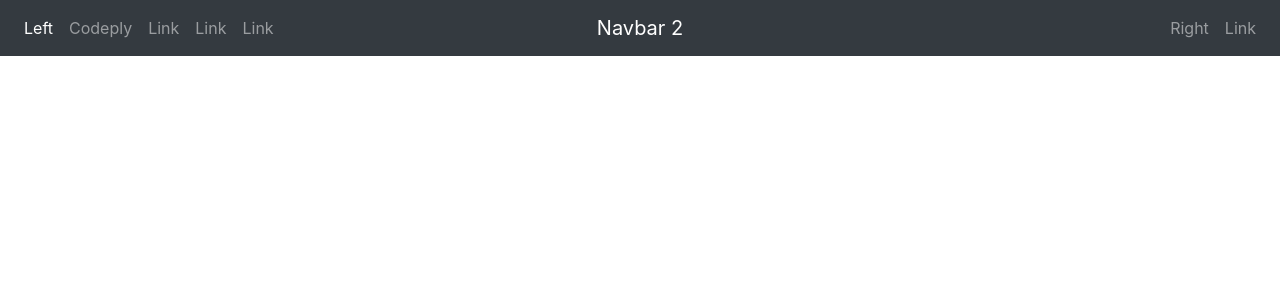
Repository: AviMKabir/justn_2020
Page: index.html
The author's editor kept a copy of each file at every save. The page is drawn from the files as they stood at one save, then again after a run of saves.
The browser window is 1280 px wide. The pictures show the whole page.

Above is the page before, as saved 2020-11-17 00:45:17.

After the next 2 saves:
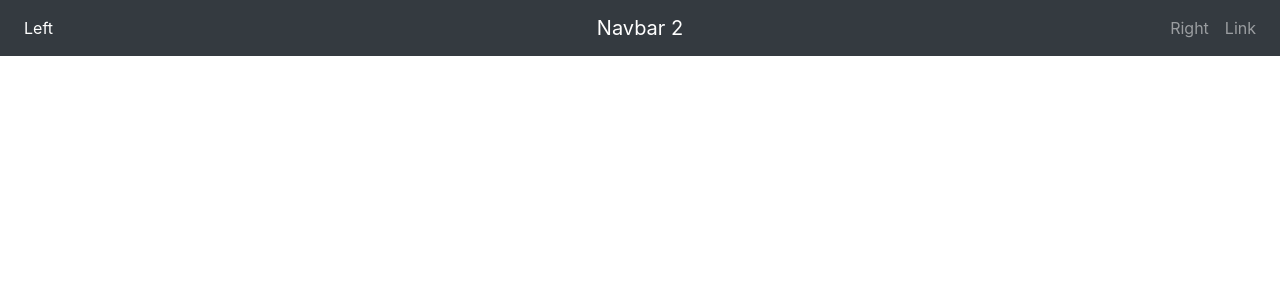
The 2 saves are shown as one change because they came seconds apart.
The last was saved 30 s later.
--- a/index.html
+++ b/index.html
@@ -21,18 +21,6 @@
             <ul class="navbar-nav mr-auto">
                 <li class="nav-item active">
                     <a class="nav-link" href="#">Left</a>
-                </li>
-                <li class="nav-item">
-                    <a class="nav-link" href="//codeply.com">Codeply</a>
-                </li>
-                <li class="nav-item">
-                    <a class="nav-link" href="#">Link</a>
-                </li>
-                <li class="nav-item">
-                    <a class="nav-link" href="#">Link</a>
-                </li>
-                <li class="nav-item">
-                    <a class="nav-link" href="#">Link</a>
                 </li>
             </ul>
         </div>
